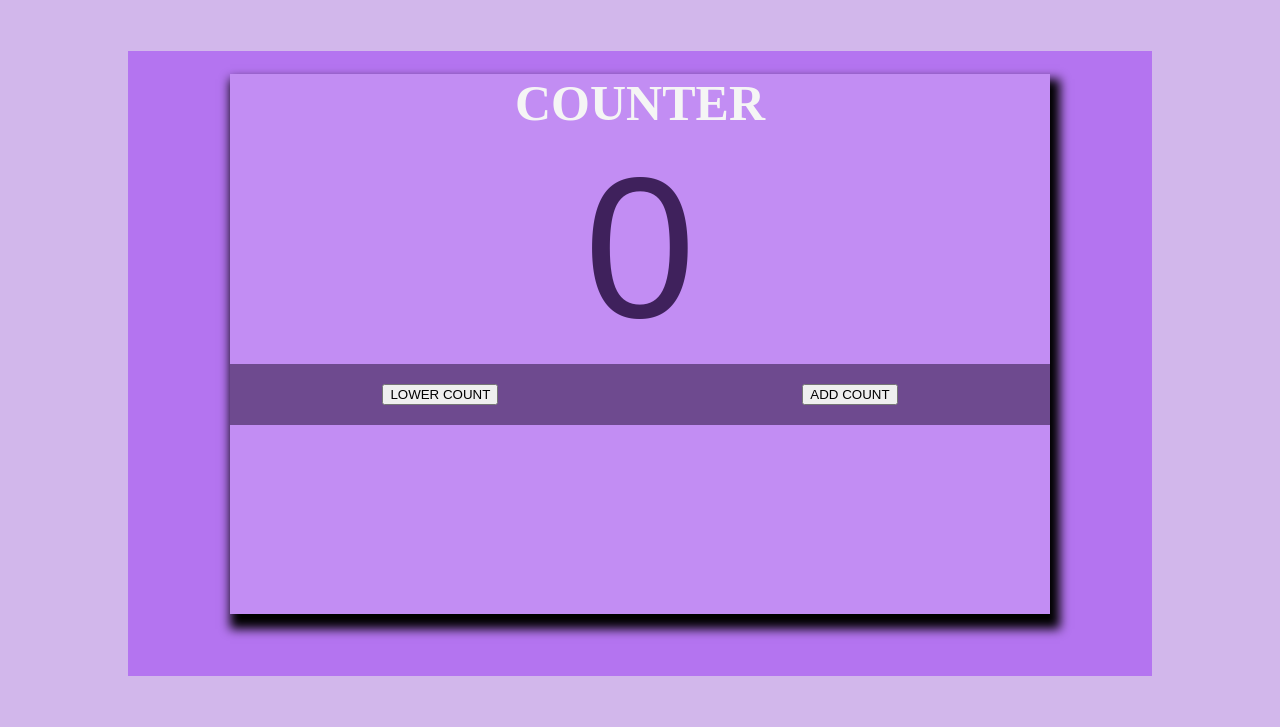
Repository: AnahitKhechumyan/Counter
Page: index.html
An editor plug-in stored every save of this project. The page is shown before and after the next save, followed by the edit.
The browser window is 1280 px wide. The pictures show the whole page.

Above is the page before, as saved 2022-02-14 17:54:58.

### index.html
<!DOCTYPE html>
<html lang="en">
<head>
    <meta charset="UTF-8">
    <meta http-equiv="X-UA-Compatible" content="IE=edge">
    <meta name="viewport" content="width=device-width, initial-scale=1.0">
    <link rel="stylesheet" href="style.css">
    <script src= "./script.js"></script>
    <title>Document</title>
</head>
<body>
    <div class="container">
        <div class="main">
            <div class="header">COUNTER</div>
            <input type= "text" value = "0"/>
            <div class = "change">
                 <button id ="decrement" type="button">LOWER COUNT</button>
                 <button id ="increment" type="button">ADD COUNT</button>
            </div>
        </div>
    </div>
    <script src= "./script.js"></script>
</body>
</html>

### style.css
body{
    margin: 0;
    background-color: rgb(210, 183, 235);
}
.container{
    background-color: rgb(180, 116, 240);
    width: 80%;
    height: 85vh;
    margin: 4% 10%;
    padding-top: 1%;

}
.main{
    background-color: rgb(194, 141, 243);
    width: 80%;
    height: 75vh;
    margin: 1% 10%;
    box-shadow: 5px 10px 10px 5px;
    text-align: center;
}
.header{
    text-align: center;
    color:whitesmoke;
    font-size: 50px;
    font-weight: 700;
}

input{
    background-color:rgb(194, 141, 243) ;
    width: 20%;
    border:none;
    font-size:200px;
    color:rgb(63, 33, 92);
    text-align: center;
}
 .change{
    padding:20px;
    background-color: rgb(110, 74, 143);
    color:whitesmoke;

 }
#decrement{
   margin-right: 150px;

}
#increment{
    margin-left: 150px;
}
}

Loaded but not shown: script.js (no copy from this time; the picture is the same without it)

After the next save:
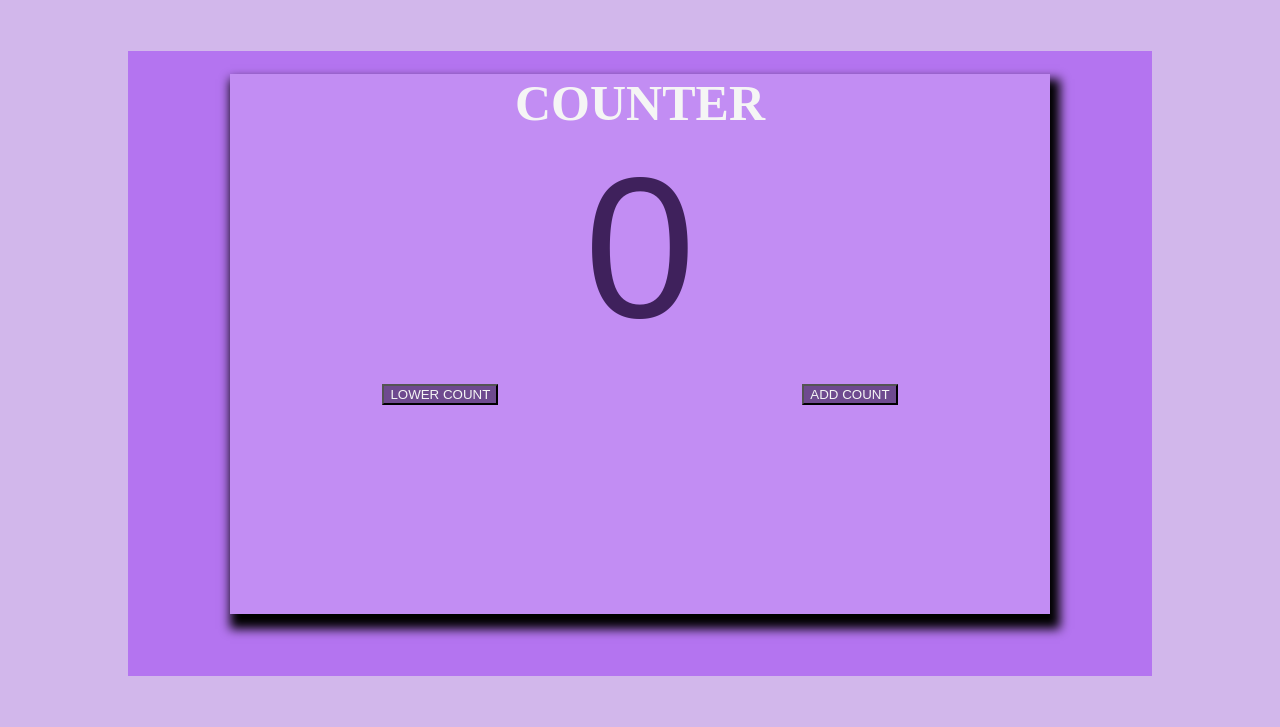
Saved 70 s later.
--- a/style.css
+++ b/style.css
@@ -35,15 +35,14 @@ input{
 }
  .change{
     padding:20px;
-    background-color: rgb(110, 74, 143);
-    color:whitesmoke;
-
  }
 #decrement{
    margin-right: 150px;
-
+   background-color: rgb(110, 74, 143);
+   color:whitesmoke;
 }
 #increment{
+    background-color: rgb(110, 74, 143);
     margin-left: 150px;
+    color:whitesmoke;
 }
-}
